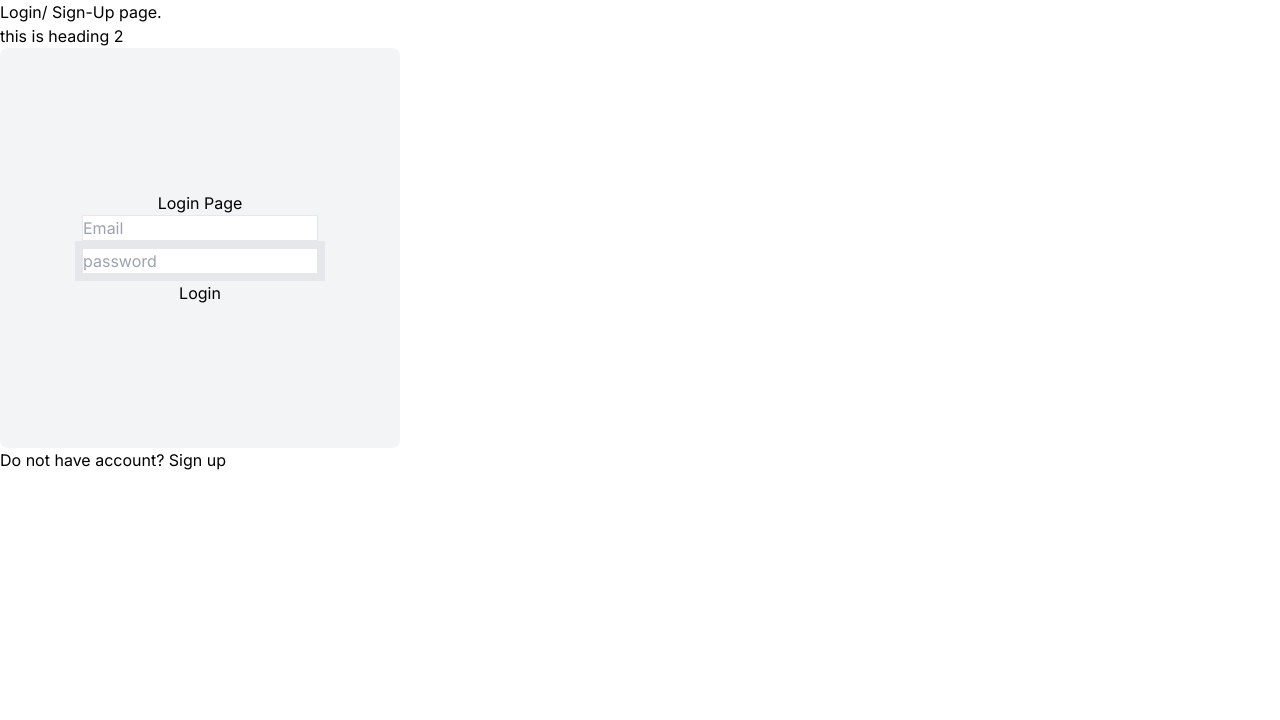
Repository: its-kundan/food-on-time
Page: /restaurant
These files come from the project's save history. The page is drawn as it stood at one moment and after a run of saves; the edit follows.
The browser window is 1280 px wide. The pictures show the whole page.
The project was rebuilt for these pictures with package versions that can differ from the ones it lists, and the page was loaded fresh each time. The framework's server and built-in components were replaced by stand-ins that run in the browser. Also part of the build but not shown: next.config.mjs, src/app/_components/SignUp.jsx.

Above is the page before, as saved 2024-07-24 23:36:23.

After the next 6 saves:
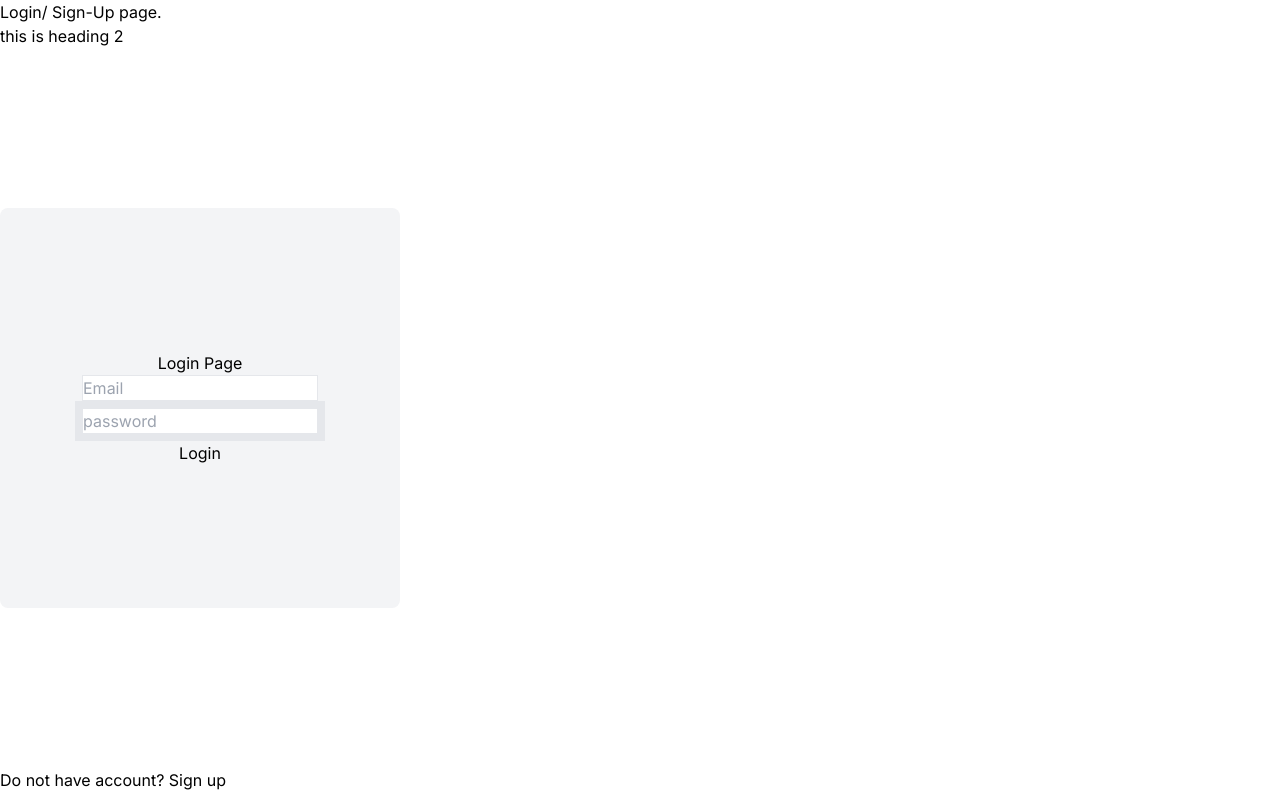
The 6 saves are shown as one change because they came seconds apart.
The last was saved 39 s later.
--- a/src/app/_components/Login.jsx
+++ b/src/app/_components/Login.jsx
@@ -3,7 +3,7 @@ import React from 'react'
 function Login() {
   return (
     <>
-    <div className='flex justify-center items-center h-[400px] w-[400px]'>
+    <div className='flex justify-center items-center h-screen w-[400px]'>
 
         <div className='flex flex-col border-3 shadow-4 h-[400px] w-[400px] items-center justify-center bg-gray-100 dark:bg-gray-800 rounded-lg'>
         <h3> Login  Page</h3>
